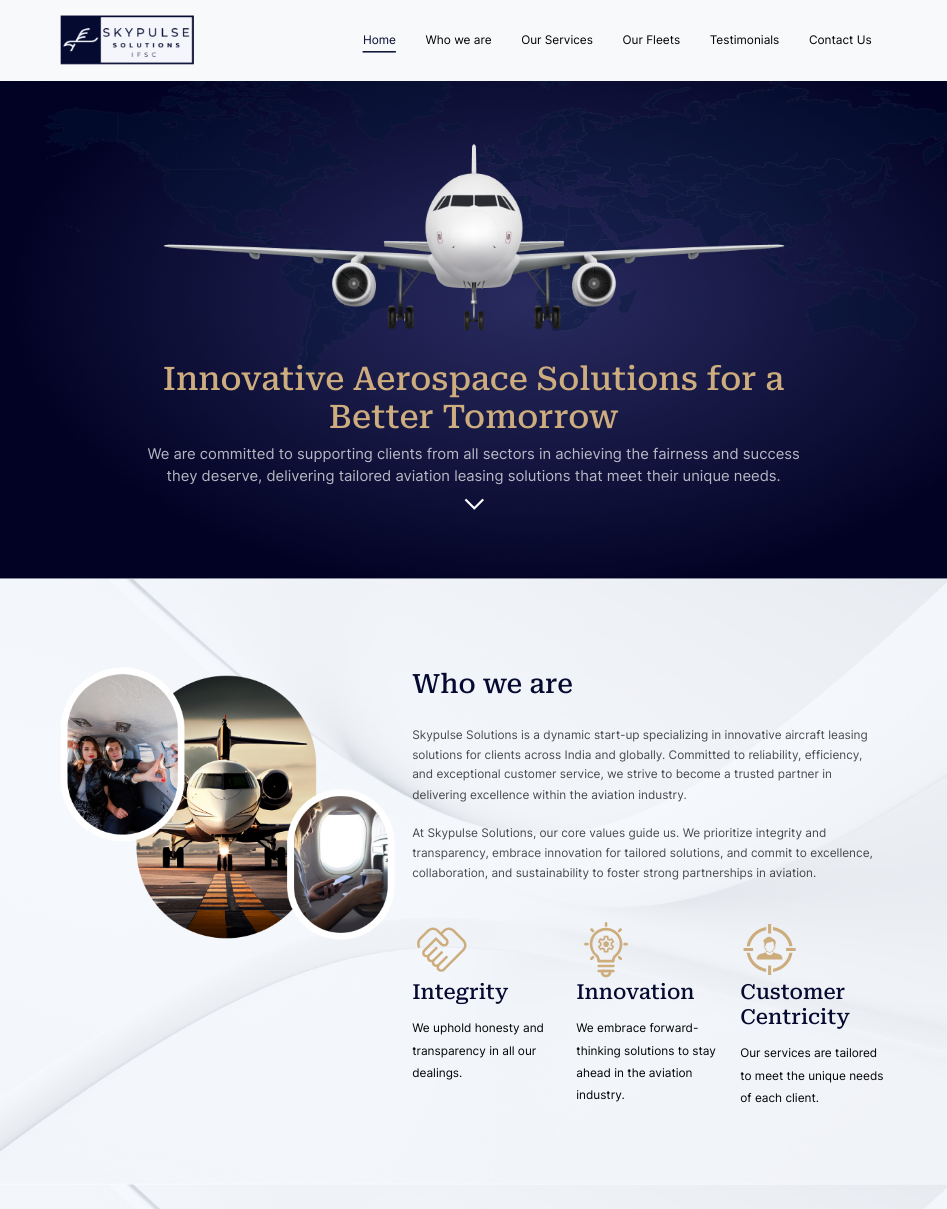
Repository: mangalravi/SkyPulse
Page: index.html
An editor plug-in stored every save of this project. The page is shown before and after the next save, followed by the edit.
The browser window is 1280 px wide. The pictures show the whole page, at 74% of full size.

Above is the page before, as saved 2024-12-30 10:39:34.

After the next save:
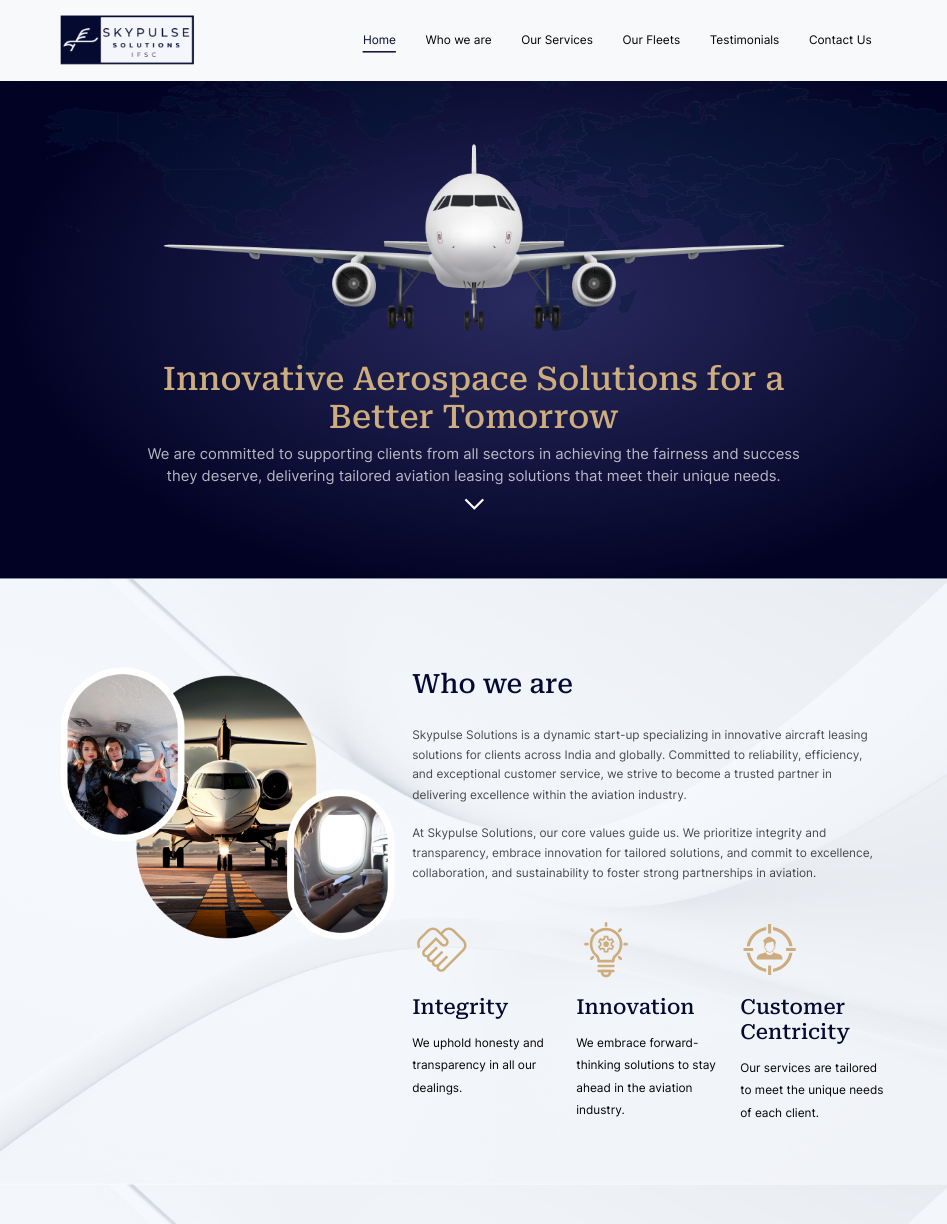
Saved 43 s later.
--- a/index.html
+++ b/index.html
@@ -96,17 +96,17 @@
    </p>
    <div class="row">
     <div class="col-md-4">
-      <img src="content/images/integrity.svg" alt="integrity">
+      <img src="content/images/integrity.svg" alt="integrity" class="mb20">
       <h3>Integrity</h3>
       <p>We uphold honesty and transparency in all our dealings.</p>
     </div>
     <div class="col-md-4">
-      <img src="content/images/innovation.svg" alt="innovation">
+      <img src="content/images/innovation.svg" alt="innovation" class="mb20">
       <h3>Innovation</h3>
       <p>We embrace forward-thinking solutions to stay ahead in the aviation industry.</p>
     </div>
     <div class="col-md-4">
-      <img src="content/images/customer-centricity.svg" alt="customer-centricity">
+      <img src="content/images/customer-centricity.svg" alt="customer-centricity" class="mb20">
       <h3>Customer Centricity</h3>
       <p>Our services are tailored to meet the unique needs of each client.</p>
     </div>
